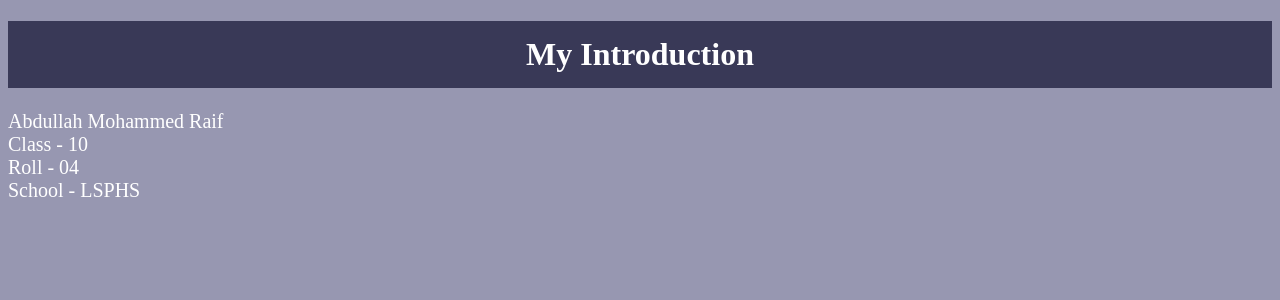
Repository: Raif-007/Portfolio
Page: index.html
An editor plug-in stored every save of this project. The page is shown before and after the next save, followed by the edit.
The browser window is 1280 px wide. The pictures show the whole page.

Above is the page before, as saved 2021-07-05 17:08:29.

After the next save:
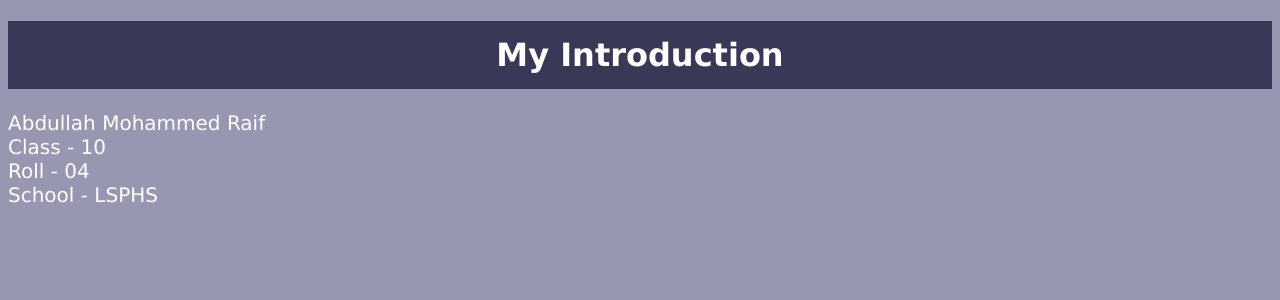
Saved 21 s later.
--- a/styles.css
+++ b/styles.css
@@ -1,6 +1,7 @@
 body {
     background-color: rgba(54, 54, 105, 0.514);
     color: #ffffff;
+    font-family: Verdana, Geneva, Tahoma, sans-serif;
 }
 
 h1 {
